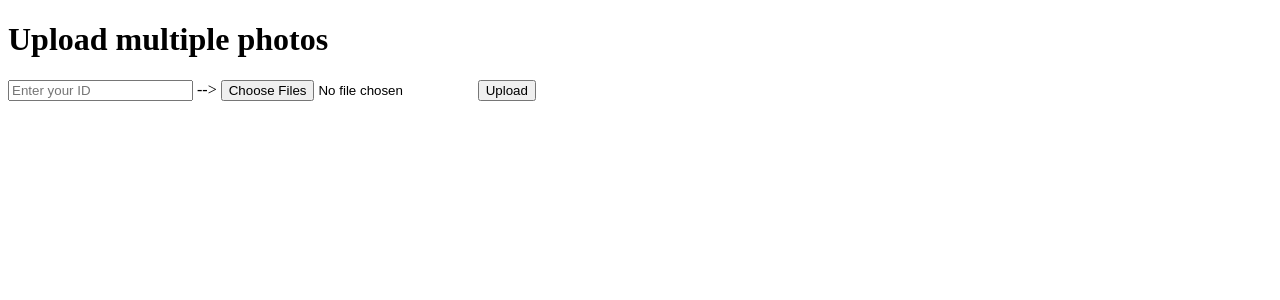
Repository: Mesablip/Mesablip.github.io
Page: http://localhost/
These files come from the project's save history. The page is drawn as it stood at one moment and after a run of saves; the edit follows.
The browser window is 1280 px wide. The pictures show the whole page.
The page is served by the project's application, run on Flask 3 (backend.py).

Above is the page before, as saved 2023-09-04 23:00:44.

After the next 2 saves:
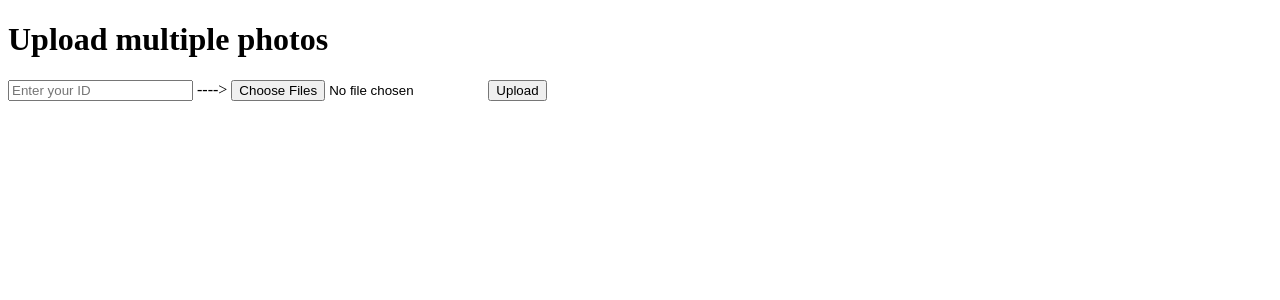
The 2 saves are shown as one change because they came seconds apart.
The last was saved 11 s later.
--- a/templates/frontend.html
+++ b/templates/frontend.html
@@ -8,7 +8,7 @@
 <h1>Upload multiple photos</h1>
 
 <form enctype="multipart/form-data" action="" method="post" id="upload-form">
-  <!----> <input type="text" id="user-id" placeholder="Enter your ID"> -->
+  <!----> <input type="text" id="user-id" placeholder="Enter your ID"> ---->
   <input type="file" name="photos" multiple id="photos-input">
   <input type="button" value="Upload" onclick="uploadPhotos()">
 </form>

After the save that followed:
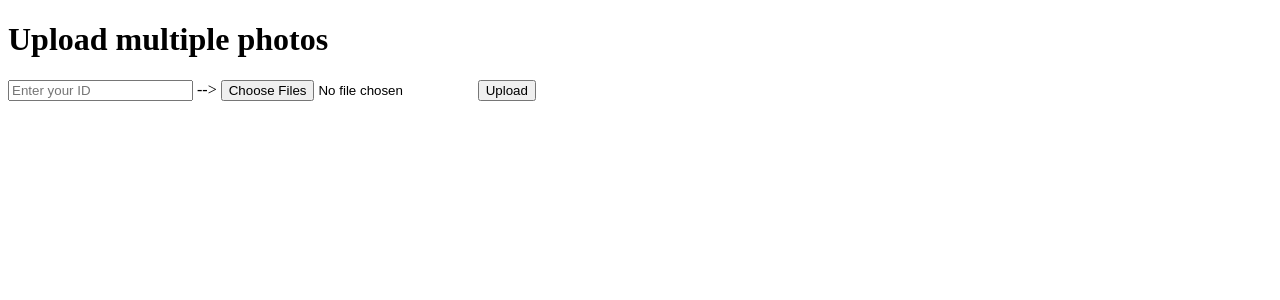
Saved 4 s later.
--- a/templates/frontend.html
+++ b/templates/frontend.html
@@ -8,7 +8,7 @@
 <h1>Upload multiple photos</h1>
 
 <form enctype="multipart/form-data" action="" method="post" id="upload-form">
-  <!----> <input type="text" id="user-id" placeholder="Enter your ID"> ---->
+  <!----> <input type="text" id="user-id" placeholder="Enter your ID"> -->
   <input type="file" name="photos" multiple id="photos-input">
   <input type="button" value="Upload" onclick="uploadPhotos()">
 </form>
